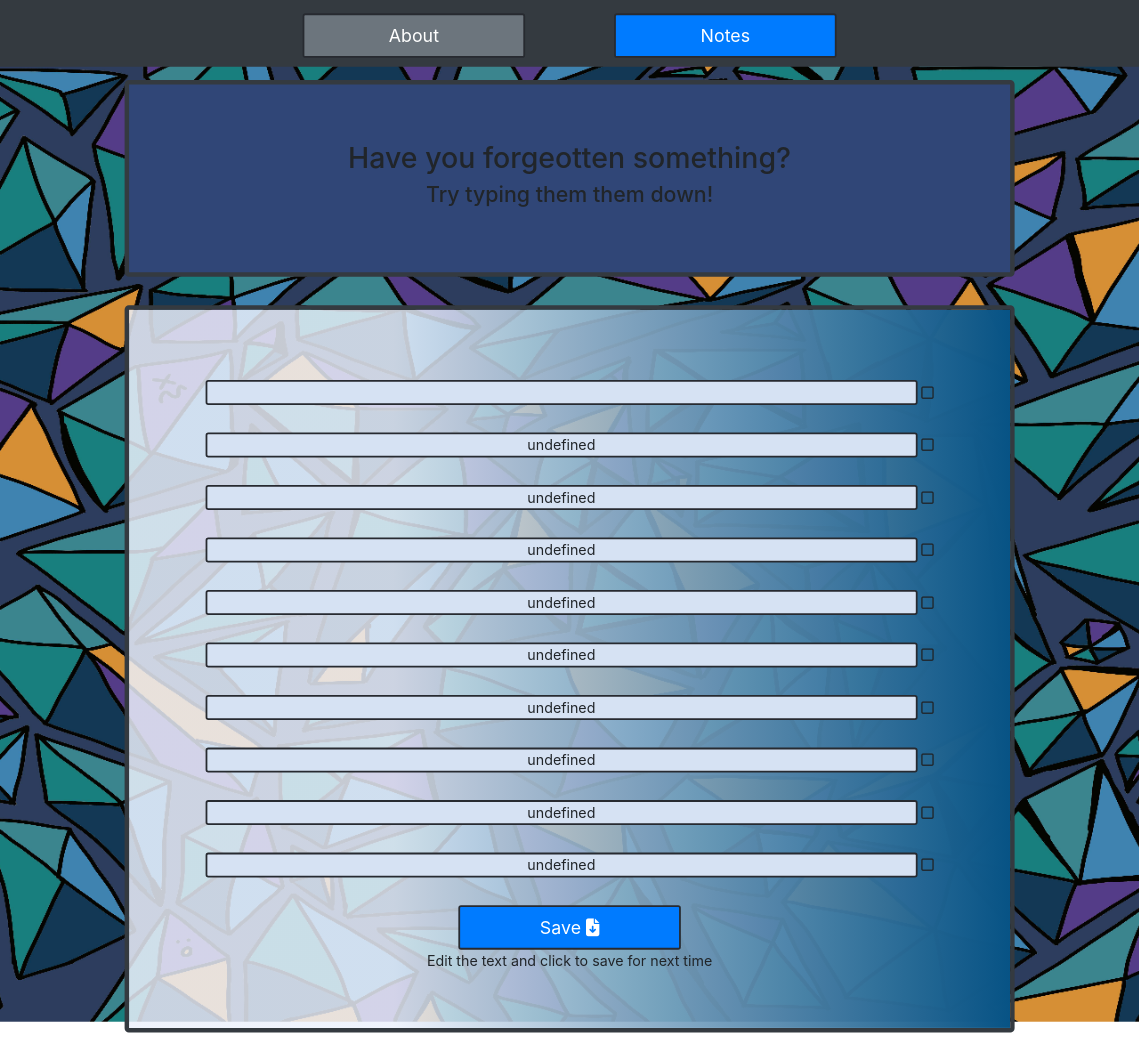
Repository: Kamicoda/Mynote
Page: index.html
The author's editor kept a record of every edit. The page is drawn from the files as they stood at one moment, then again after the next edit.
The browser window is 1280 px wide. The pictures show the whole page, at 89% of full size.
Backgrounds fixed to the window are drawn as part of the page. Some web fonts or font styles are not loaded; a fallback is used. Some web libraries are served in a nearby version.

Above is the page before.

After the next edit:
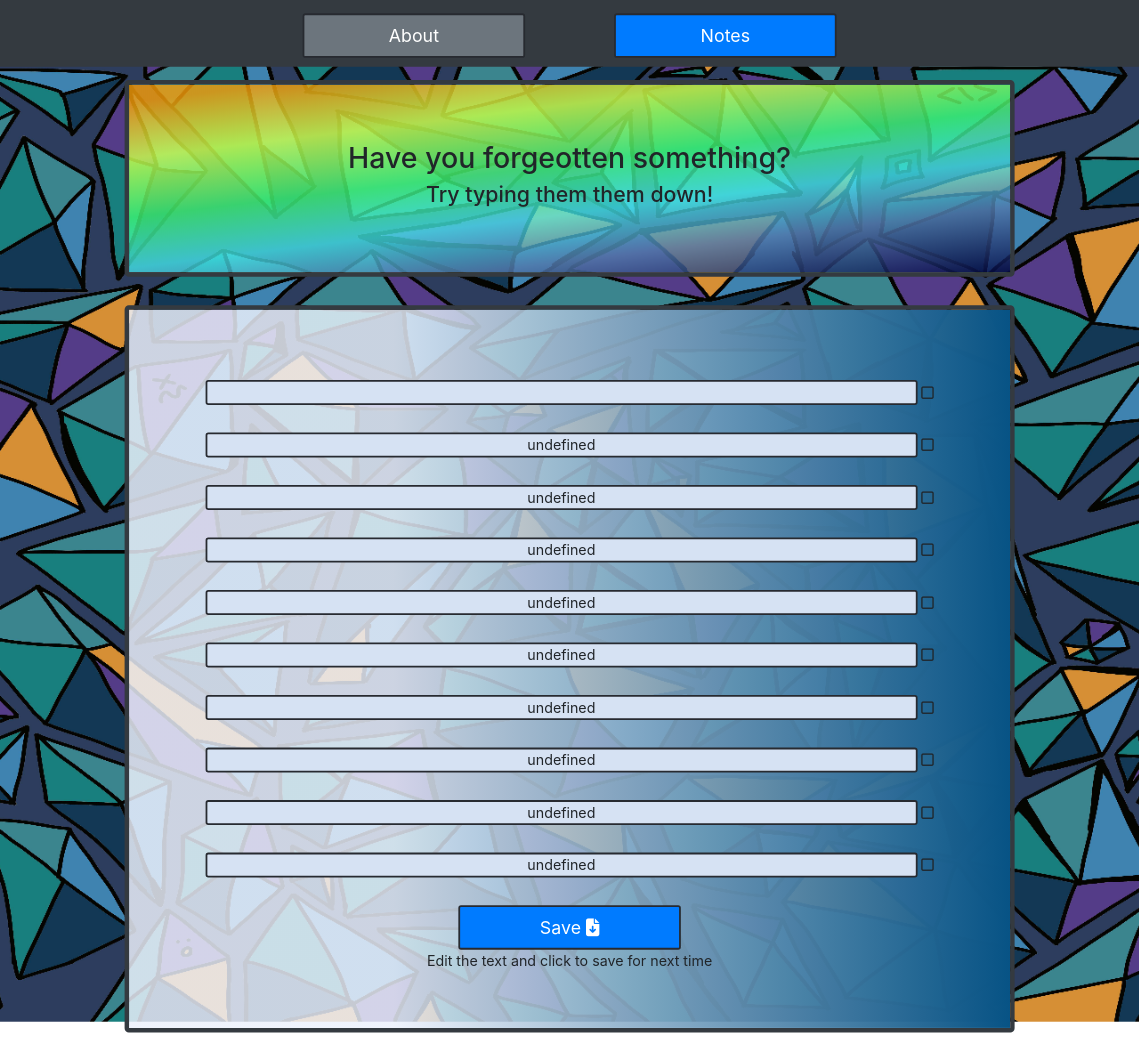
The edit:
--- a/assets/style/style.css
+++ b/assets/style/style.css
@@ -35,6 +35,8 @@
 
 .bg-grey {
     background-color: rgba(48, 70, 119, 1);
+    background: rgb(246,156,9);
+background: linear-gradient(173deg, rgba(246,156,9,0.8071603641456583) 6%, rgba(203,255,76,0.8267682072829132) 25%, rgba(60,244,115,0.8099614845938375) 45%, rgba(67,240,244,0.7315301120448179) 62%, rgba(81,121,172,0.8407738095238095) 78%, rgba(2,8,69,0.8015581232492998) 100%);
 }
 
 .bg-light {
